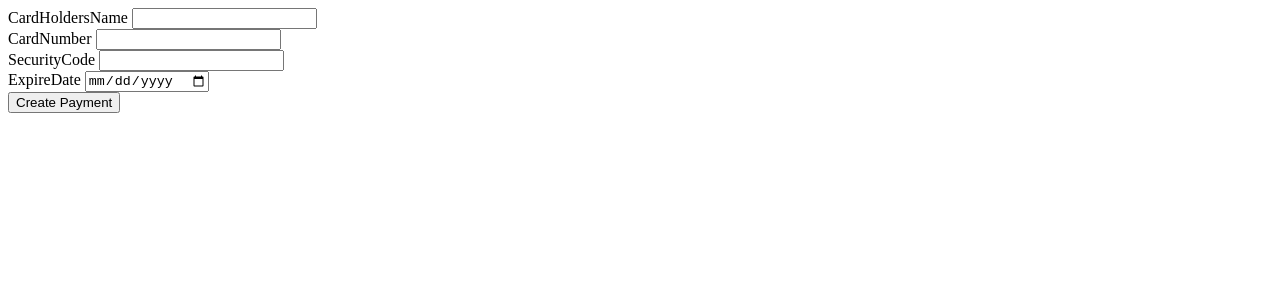
Repository: sandeepa9803/OOP---Online-Travel-web-application
Page: http://localhost/PaymentNew/PaymentInsert.jsp
An editor plug-in stored every save of this project. The page is shown before and after the next save, followed by the edit.
The browser window is 1280 px wide. The pictures show the whole page.
The page is served by Tomcat 9. Other server files are loaded and not shown.

Above is the page before, as saved 2021-10-11 05:34:45.

### PaymentNew/WebContent/PaymentInsert.jsp
<%@ page language="java" contentType="text/html; charset=ISO-8859-1"
    pageEncoding="ISO-8859-1"%>
<!DOCTYPE html>
<html>
<head>
<meta charset="ISO-8859-1">
<title>Insert title here</title>
</head>
<body>

    <form action="insert" method ="post">

         CardHoldersName <input type = "text" name = "cardholder"><br>
         CardNumber <input type ="number" name = "cardnum"> <br>
         SecurityCode <input type ="number" name = "cvcnum"> <br>
         ExpireDate <input type = "date"  name = "date"  >  <br>

         <input type ="submit"  name="submit"  value ="Create Payment" >



    </form>

</body>
</html>

After the next save:
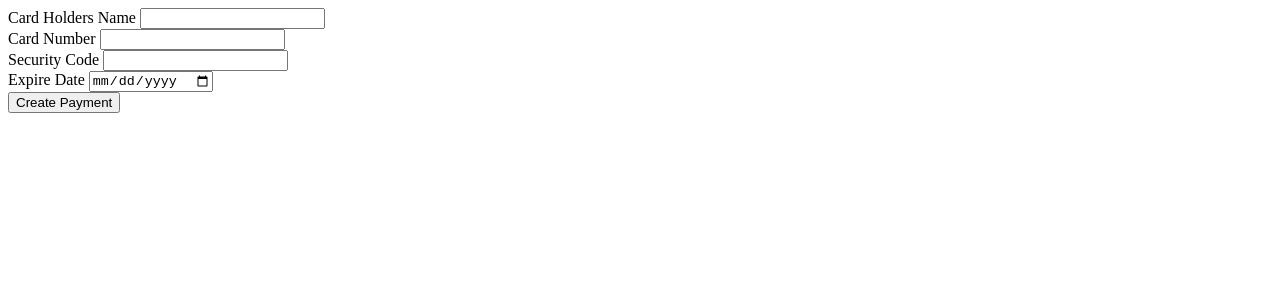
Saved 20 min 26 s later.
--- a/PaymentNew/WebContent/PaymentInsert.jsp
+++ b/PaymentNew/WebContent/PaymentInsert.jsp
@@ -10,10 +10,10 @@
 
     <form action="insert" method ="post">
 
-         CardHoldersName <input type = "text" name = "cardholder"><br>
-         CardNumber <input type ="number" name = "cardnum"> <br>
-         SecurityCode <input type ="number" name = "cvcnum"> <br>
-         ExpireDate <input type = "date"  name = "date"  >  <br>
+         Card Holders Name <input type = "text" name = "cardholder"><br>
+         Card Number <input type ="number" name = "cardnum"> <br>
+         Security Code <input type ="number" name = "cvcnum"> <br>
+         Expire Date <input type = "date"  name = "date">  <br>
 
          <input type ="submit"  name="submit"  value ="Create Payment" >
 
